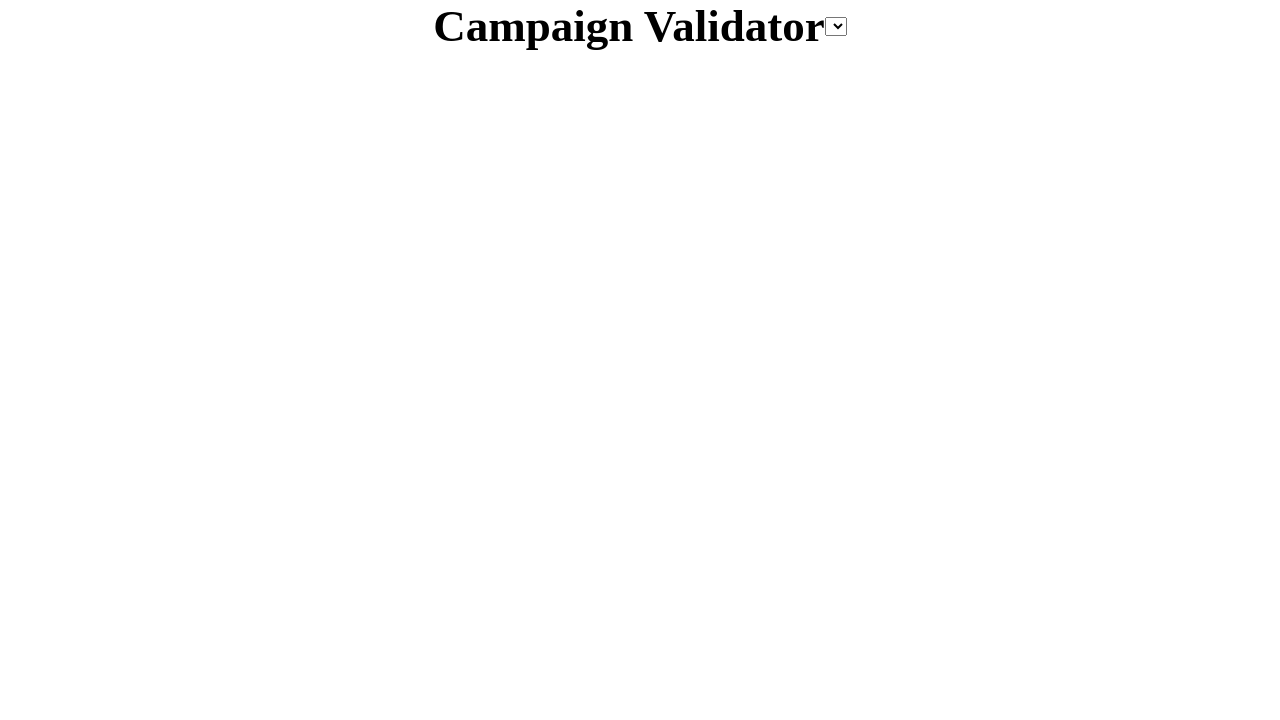
Repository: AbApin/project
Page: / (app in frontend/)
An editor plug-in stored every save of this project. The page is shown before and after the next save, followed by the edit.
The browser window is 1280 px wide. The pictures show the whole page.
The project was rebuilt for these pictures with package versions that can differ from the ones it lists, and the page was loaded fresh each time. Also part of the build but not shown: frontend/vue.config.js.

Above is the page before, as saved 2023-02-21 15:27:24.

### frontend/src/App.vue
<template>
  <div id="app">
    <h1 class="appTitle">Campaign Validator</h1>
    <select class="campaignsList">
      <option value="" v-for="campaign in campaigns" :key="campaign">{{ campaign }}</option>
    </select>
  </div>
</template>

<script>
export default {
  name: 'App',
  data() {
    return {
      campaigns: [],
    };
  },
  mounted() {},
};
</script>

<style>
* {
  margin: 0;
  padding: 0;
  box-sizing: 0;
}
#app {
  display: flex;
  align-items: center;
  justify-content: center;
  fl
  padding: 20px;
}
.appTitle {
  font-size: 45px;
}
</style>

Loaded but not shown: frontend/public/index.html (common file); frontend/src/main.js (common file)

After the next save:
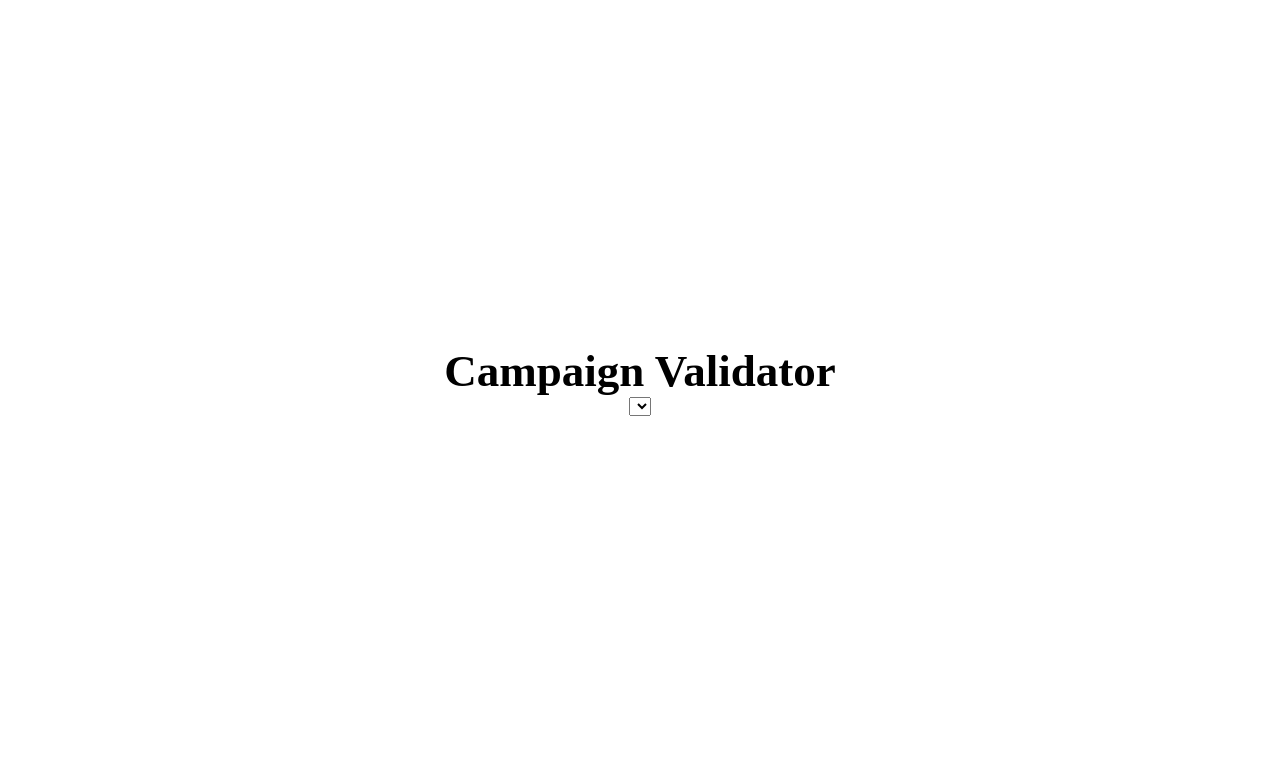
Saved 6 s later.
--- a/frontend/src/App.vue
+++ b/frontend/src/App.vue
@@ -29,8 +29,9 @@ export default {
   display: flex;
   align-items: center;
   justify-content: center;
-  fl
+  flex-direction: column;
   padding: 20px;
+  height: 100vh;
 }
 .appTitle {
   font-size: 45px;
